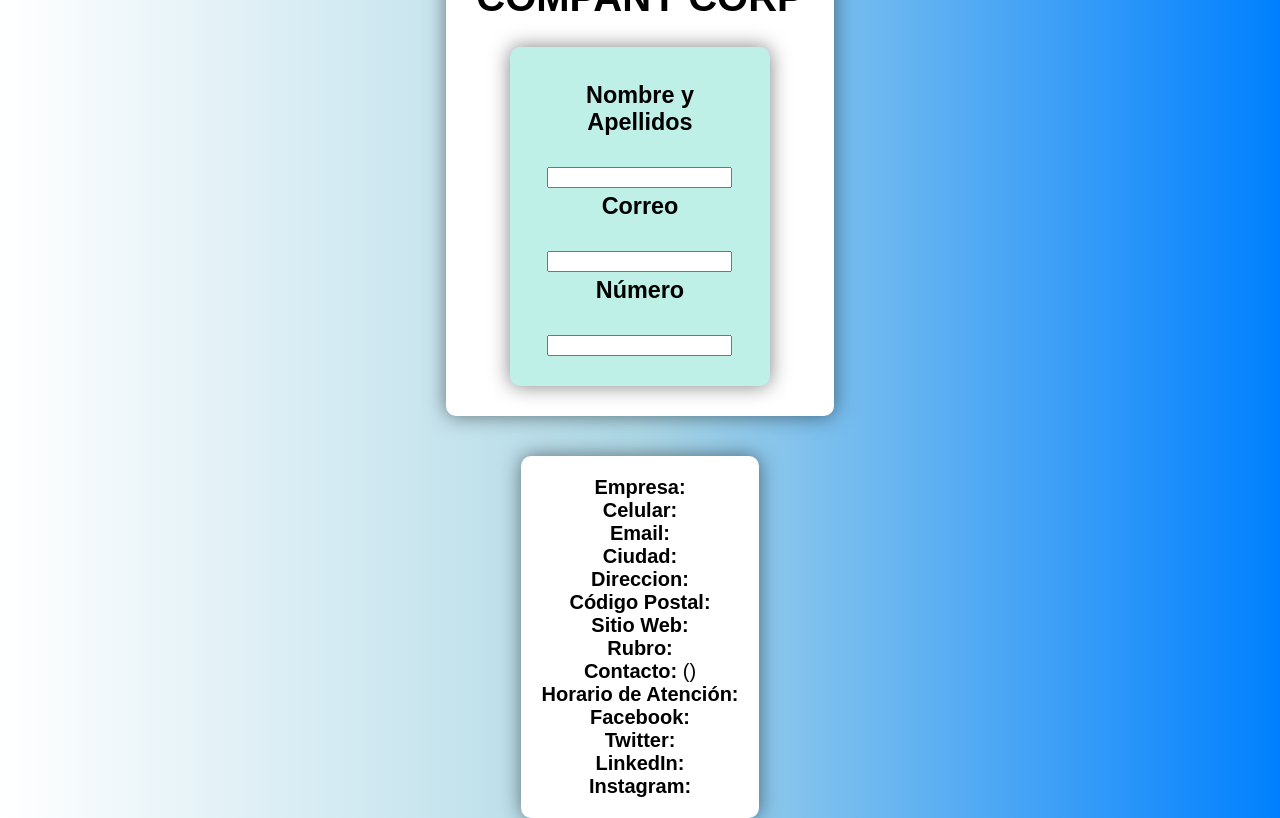
Repository: ANGELEDU141/TAREAWEBEWJASJDASJ
Page: http://localhost/JAVAWEBTAREA/WEB-INF/views/contenido.jsp
The author's editor kept a copy of each file at every save. The page is drawn from the files as they stood at one save, then again after the next save.
The browser window is 1280 px wide. The pictures show the whole page.
The page is served by Tomcat 9. Nobody is signed in. The template is opened directly, without the code that normally fills it, so the values that code supplies are empty.

Above is the page before, as saved 2024-09-01 10:04:39.

After the next save:
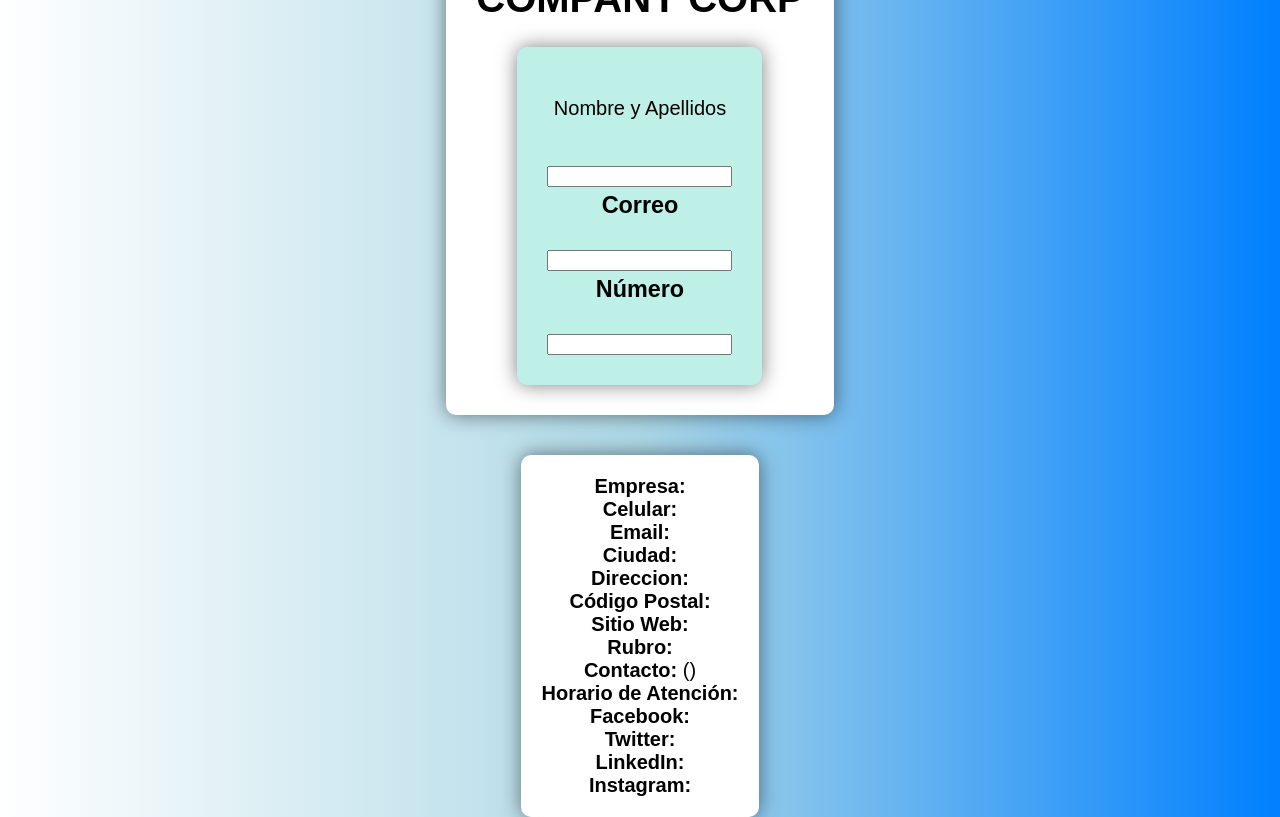
Saved 32 s later.
--- a/JAVAWEBTAREA/src/main/webapp/WEB-INF/views/contenido.jsp
+++ b/JAVAWEBTAREA/src/main/webapp/WEB-INF/views/contenido.jsp
@@ -82,7 +82,7 @@
 
         <div class="quest">
 
-        <h3>Nombre y Apellidos</h3><br>
+        <p>Nombre y Apellidos</p><br>
         <input>
         <h3>Correo</h3><br>
         <input>
